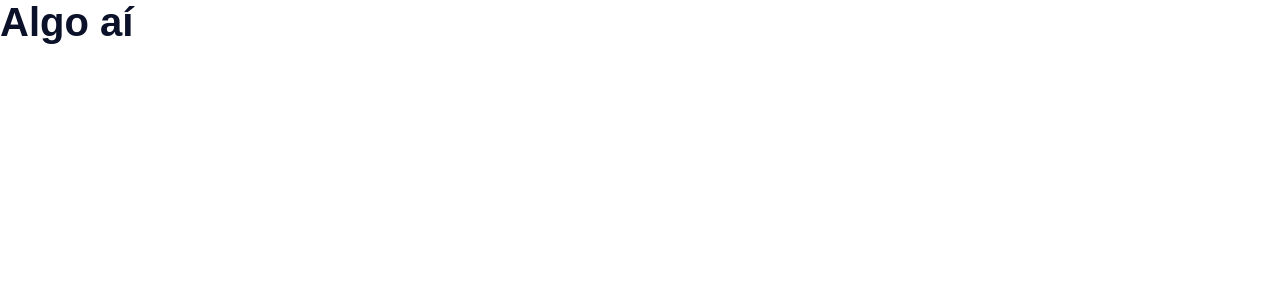
Repository: MatheusAlvesPereiraRosa/landing-pages-front
Page: /
An editor plug-in stored every save of this project. The page is shown before and after the next save, followed by the edit.
The browser window is 1280 px wide. The pictures show the whole page.
The project was rebuilt for these pictures with package versions that can differ from the ones it lists, and the page was loaded fresh each time.

Above is the page before, as saved 2023-05-26 11:25:20.

### public/index.html
<!DOCTYPE html>
<html lang="en">
  <head>
    <meta charset="utf-8" />
    <link rel="icon" href="%PUBLIC_URL%/favicon.ico" />
    <link rel="preconnect" href="https://fonts.gstatic.com">
    <link href="https://fonts.googleapis.com/css2?family=Montserrat:ital,wght@0,900;1,900&family=Open+Sans:ital,wght@0,400;0,700;1,400;1,700&display=swap">
    <meta name="viewport" content="width=device-width, initial-scale=1" />
    <meta name="theme-color" content="#000000" />
    <meta
      name="description"
      content="Web site created using create-react-app"
    />
    <link rel="apple-touch-icon" href="%PUBLIC_URL%/logo192.png" />
    <!--
      manifest.json provides metadata used when your web app is installed on a
      user's mobile device or desktop. See https://developers.google.com/web/fundamentals/web-app-manifest/
    -->
    <link rel="manifest" href="%PUBLIC_URL%/manifest.json" />
    <!--
      Notice the use of %PUBLIC_URL% in the tags above.
      It will be replaced with the URL of the `public` folder during the build.
      Only files inside the `public` folder can be referenced from the HTML.

      Unlike "/favicon.ico" or "favicon.ico", "%PUBLIC_URL%/favicon.ico" will
      work correctly both with client-side routing and a non-root public URL.
      Learn how to configure a non-root public URL by running `npm run build`.
    -->
    <title>React App</title>
  </head>
  <body>
    <noscript>You need to enable JavaScript to run this app.</noscript>
    <div id="root"></div>
    <!--
      This HTML file is a template.
      If you open it directly in the browser, you will see an empty page.

      You can add webfonts, meta tags, or analytics to this file.
      The build step will place the bundled scripts into the <body> tag.

      To begin the development, run `npm start` or `yarn start`.
      To create a production bundle, use `npm run build` or `yarn build`.
    -->
  </body>
</html>

### src/index.js
import React from "react";
import ReactDOM from "react-dom/client";
import { ThemeProvider } from "styled-components";

import Home from "./templates/App";
import { GlobalStyles } from "./styles/global-styles";
import { theme } from "./styles/theme";

const root = ReactDOM.createRoot(document.getElementById("root"));
root.render(
  <React.StrictMode>
    <ThemeProvider theme={theme}>
      <GlobalStyles />
      <Home />
    </ThemeProvider>
  </React.StrictMode>
);

### src/templates/App/index.jsx
import { Heading } from "../../components/Heading";
import * as Styled from "./styles"

function Home() {
  return (
    <div className="App">
      <Styled.Wrapper>
        <Heading>Algo aí</Heading>
      </Styled.Wrapper>
    </div>
  );
}

export default Home;

### src/styles/global-styles.js
import { createGlobalStyle } from "styled-components";

export const GlobalStyles = createGlobalStyle`

  * {
    margin: 0;
    padding: 0;
    box-sizing: border-box;
  }

  html {
    font-size: 62.5%;
  }

  body {
    font-size: 1.6rem;
    font-family: ${({theme}) => theme.fonts.family.default};
  }

  h1, h2, h3, h4, h5, h6 {
    font-family: ${({theme}) => theme.fonts.family.secondary};
  }
  ;
`

### src/styles/theme.js
export const theme = {
  colors: {
    primaryColor: "#0A1128",
    secondaryColor: "#dc143c",
    white: "#FFFFFF",
  },
  fonts: {
    family: {
      default: "'Open Sans', sans-serif",
      secondary: "'Montserrat', sans-serif",
    },
    sizes: {
      xsmall: "0.8rem",
      small: "1.6rem",
      medium: "2.5rem",
      large: "3.2rem",
      xlarge: "4rem",
      xxlarge: "4.8rem",
      huge: "5.6rem",
      xhuge: "6.4rem",
    },
  },
  media: {
    lteMedium: "(max-width: 768px)",
  },
};

### src/components/Heading/index.jsx
import * as Styled from "./styles";
import P from "prop-types";

export const Heading = ({
  children,
  colorDark = true,
  as = "h1",
  size = "big",
  uppercase = false
}) => {
  return (
    <Styled.Title colorDark={colorDark} as={as} size={size} uppercase={uppercase}>
      {children}
    </Styled.Title>
  );
};

Heading.propTypes = {
  children: P.node.isRequired,
  colorDark: P.bool,
  as: P.oneOf(["h1", "h2", "h3", "h4", "h5", "h6"]).isRequired,
  size: P.oneOf(["small", "medium", "big", "huge"]).isRequired,
  uppercase: P.bool,
};

### src/templates/App/styles.js
import { styled, css } from "styled-components";

export const Wrapper = styled.div`
`;

### src/components/Heading/styles.js
import styled, { css } from 'styled-components'

const titleSize = {
  small: (theme) => css`
    font-size: ${theme.fonts.sizes.medium};
  `,
  medium: (theme) => css`
    font-size: ${theme.fonts.sizes.large};
  `,
  big: (theme) => css`
    font-size: ${theme.fonts.sizes.xlarge};
  `,
  huge: (theme) => css`
    font-size: ${theme.fonts.sizes.xhuge};
    ${mediaFont(theme)};
  `,
}

const mediaFont = (theme) => css`
  @media ${theme.media.lteMedium} {
    font-size: ${theme.fonts.sizes.xlarge};
  }
`
const titleCase = (uppercase) => css`
  text-transform: ${uppercase ? 'uppercase': 'none'}
`;

export const Title = styled.h1`
  ${({theme, colorDark, size, uppercase}) => css`
    color: ${colorDark ? theme.colors.primaryColor : theme.colors.white};
    ${titleSize[size](theme)};
    ${titleCase(uppercase)}
  `}
`

After the next save:
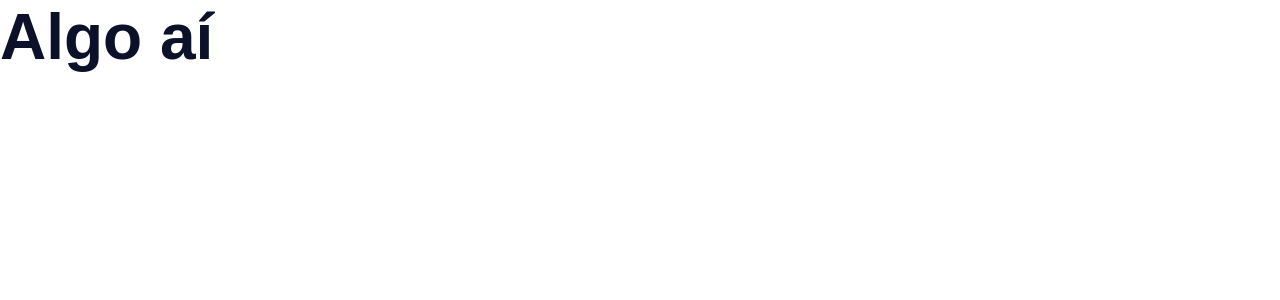
Saved 56 s later.
--- a/src/components/Heading/index.jsx
+++ b/src/components/Heading/index.jsx
@@ -5,7 +5,7 @@ export const Heading = ({
   children,
   colorDark = true,
   as = "h1",
-  size = "big",
+  size = "huge",
   uppercase = false
 }) => {
   return (
